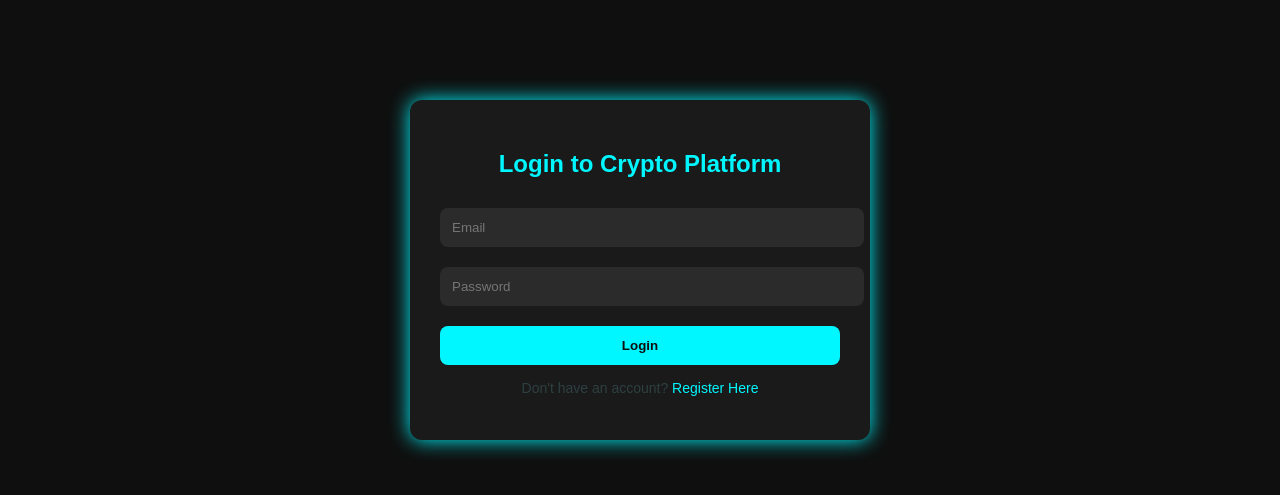
Repository: fredericIT/cypto
Page: http://localhost/auth/login?next=%2Fdash%2F
The author's editor kept a copy of each file at every save. The page is drawn from the files as they stood at one save, then again after the next save.
The browser window is 1280 px wide. The pictures show the whole page.
The page is served by the project's application, run on Flask 3 (app.py). Other server files are loaded and not shown.

Above is the page before, as saved 2025-04-23 22:17:52.

### templates/login.html
<!DOCTYPE html>
<html lang="en">
<head>
    <meta charset="UTF-8">
    <meta name="viewport" content="width=device-width, initial-scale=1.0">
    <title>Crypto Platform - Login</title>
    <link rel="stylesheet" href="{{ url_for('static', filename='css/style.css') }}">
</head>
<body class="bg-dark text-light">
    <div class="login-container">
        <h2 class="title">Login to Crypto Platform</h2>
         <!-- FLASH MESSAGES -->
         {% with messages = get_flashed_messages(with_categories=true) %}
         {% if messages %}
           <div class="flash-messages">
             {% for category, message in messages %}
               <div class="alert alert-{{ category }}">
                 {{ message }}
               </div>
             {% endfor %}
           </div>
         {% endif %}
       {% endwith %}
        <form method="POST" class="login-form">
            <input type="email" name="email" placeholder="Email" required>
            <input type="password" name="password" placeholder="Password" required>
            <button type="submit">Login</button>
        </form>
        <p class="register-link">Don't have an account? <a href="{{ url_for('auth.register') }}">Register Here</a></p>
    </div>
</body>
</html>

### blueprints/auth.py
from flask import Blueprint, redirect,url_for,render_template, request, session,flash
from db.models import User,Account,BNBWallet,BTCWallet,USDTWallet, ETHWallet

from db import db
from  error_handler.db import handle_sqlalchemy_error
from flask_login import login_user, logout_user, login_required, current_user
import bcrypt
from generators.wallet_address import *
from app_types import *

auth_bprt= Blueprint("auth",__name__, url_prefix="/auth")


@auth_bprt.route("/", methods=["GET", "POST"])
def auth():
   return redirect(url_for('auth.login'))

@auth_bprt.route("/register",methods=["GET","POST"])
@handle_sqlalchemy_error(redirect_url="auth.register")
def register():
    if request.method == 'POST':
        hashed_pwd=bcrypt.hashpw(request.form['password'].encode(), bcrypt.gensalt()).decode()
        user = User(
            full_name=request.form['full_name'],
            email=request.form["email"],
            password = hashed_pwd,
            withdraw_password = request.form['withdraw_password']
        )
        db.session.add(user)
        db.session.flush()

        account = Account(user_id=user.id, account_status='active', ETH=100, BTC=100, BNB=100, USDT=100)
        btc_d_address, btc_d_private_key = generate_btc_address()
        btc_w_address, btc_w_private_key = generate_btc_address()
        eth_d_address, eth_d_private_key = generate_eth_address()
        eth_w_address, eth_w_private_key = generate_eth_address()
        bnb_d_address, bnb_d_private_key = generate_bnb_address()
        bnb_w_address, bnb_w_private_key = generate_bnb_address()
        tron_d_usdt_address, tron_d_private_key = generate_tron_address()
        tron_w_usdt_address, tron_w_private_key = generate_tron_address()

        BTC_address = BTCWallet(
            user_id=user.id,
            deposit=btc_d_address,
            withdraw=btc_w_address,
            deposit_key=btc_d_private_key,
            withdraw_key=btc_w_private_key
        )

        BNB_address = BNBWallet(
            user_id=user.id,
            deposit=bnb_d_address,
            withdraw=bnb_w_address,
            deposit_key=bnb_d_private_key,
            withdraw_key=bnb_w_private_key
        )

        USDT_address = USDTWallet(
            user_id=user.id,
            deposit=tron_d_usdt_address,
            withdraw=tron_w_usdt_address,
            deposit_key=tron_d_private_key,
            withdraw_key=tron_w_private_key
        )

        ETH_address = ETHWallet(
            user_id=user.id,
            deposit=eth_d_address,
            withdraw=eth_w_address,
            deposit_key=eth_d_private_key,
            withdraw_key=eth_w_private_key
        )

        db.session.add_all([account,BTC_address, BNB_address, USDT_address, ETH_address])
        db.session.commit()


        flash('Account creation done successfully!', 'success')
        return redirect(url_for("auth.login"))
    return render_template('register.html')



@auth_bprt.route("/login", methods=["GET", "POST"])
def login():
    if request.method == 'POST':
        email = request.form['email']
        password = request.form['password']
        user = User.query.filter_by(email=email).first()

        if user and bcrypt.checkpw(password.encode(), user.password.encode()):
            login_user(user)
            flash('Logged in successfully.', 'success')
            next_page = request.args.get('next')
            if next_page:
                return redirect(next_page)
            else:
                return redirect(url_for('dash.dashboard'))
        else:
            flash('Invalid credentials.', 'danger')

    return render_template('login.html')




@auth_bprt.route('/logout')
def logout():
    logout_user()
    flash('You have been logged out.', 'info')
    return redirect(url_for('auth.login'))

### app.py
from flask import Flask, redirect, url_for
from db import db
from blueprints.auth import auth_bprt
from blueprints.dashboard import dash_bprt
from blueprints.account import account_bprt
from blueprints.trading import trading_bprt
from blueprints.user import user_bprt
from blueprints.admin import admin_bprt
from db.models import *
from flask_migrate import Migrate
from flask_login import LoginManager



app = Flask(__name__)
app.config.from_object("config.Config")
db.init_app(app)
migrate = Migrate(app, db)
login_manager = LoginManager()
login_manager.init_app(app)
login_manager.login_view = "auth.login"
login_manager.login_message = "Login Required to access this resource."
login_manager.login_message_category = "warning"
app.register_blueprint(auth_bprt)
app.register_blueprint(dash_bprt)
app.register_blueprint(account_bprt)
app.register_blueprint(trading_bprt)
app.register_blueprint(user_bprt)
app.register_blueprint(admin_bprt)


@login_manager.user_loader
def load_user(user_id):
    return User.query.get(int(user_id))

@app.route('/')
def home():
    return redirect(url_for('auth.login'))

if __name__ == '__main__':
    with app.app_context():
        db.create_all()
    app.run(debug=True)

### static/css/style.css
body.bg-dark {
    background-color: #0f0f0f;
    font-family: 'Poppins', sans-serif;
}

.register-container {
    max-width: 400px;
    margin: 100px auto;
    padding: 30px;
    background: #1a1a1a;
    border-radius: 12px;
    box-shadow: 0 0 20px #00f7ff;
}

.title {
    text-align: center;
    margin-bottom: 20px;
    color: #00f7ff;
}

.register-form input {
    width: 100%;
    padding: 12px;
    margin: 10px 0;
    background: #2b2b2b;
    border: none;
    border-radius: 8px;
    color: #fff;
}

.register-form button {
    width: 100%;
    padding: 12px;
    background: #00f7ff;
    color: #0f0f0f;
    font-weight: bold;
    border: none;
    border-radius: 8px;
    margin-top: 10px;
    cursor: pointer;
}

.register-form button:hover {
    background: #00d1d1;
}

.login-link {
    text-align: center;
    margin-top: 15px;
    font-size: 14px;
}

.login-link a {
    color: #00f7ff;
    text-decoration: none;
}

.login-container {
    max-width: 400px;
    margin: 100px auto;
    padding: 30px;
    background: #1a1a1a;
    border-radius: 12px;
    box-shadow: 0 0 20px #00f7ff;
}

.login-form input {
    width: 100%;
    padding: 12px;
    margin: 10px 0;
    background: #2b2b2b;
    border: none;
    border-radius: 8px;
    color: #fff;
}

.login-form button {
    width: 100%;
    padding: 12px;
    background: #00f7ff;
    color: #0f0f0f;
    font-weight: bold;
    border: none;
    border-radius: 8px;
    margin-top: 10px;
    cursor: pointer;
}

.login-form button:hover {
    background: #00d1d1;
}

.register-link {
    text-align: center;
    margin-top: 15px;
    font-size: 14px;
    color: #2e4041;
}

.register-link a {
    color: #00f7ff;
    text-decoration: none;
}
  /* Flash message styles */
  .flash-messages {
    margin-bottom: 20px;
}

.alert {
    padding: 12px 20px;
    border-radius: 5px;
    margin-bottom: 10px;
    font-weight: bold;
}

.alert-success {
    background-color: #28a745;
    color: white;
}

.alert-danger {
    background-color: #dc3545;
    color: white;
}

.alert-warning {
    background-color: #ffc107;
    color: black;
}

.alert-info {
    background-color: #17a2b8;
    color: white;
}

/* Optional close button */
.alert .close-btn {
    float: right;
    cursor: pointer;
    font-weight: bold;
    margin-left: 10px;
}

After the next save:
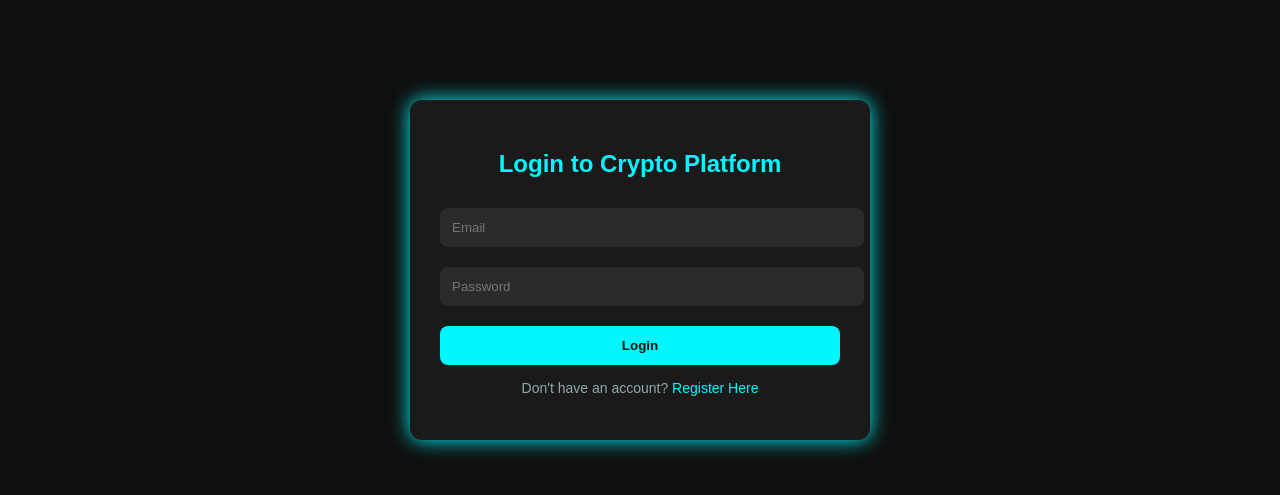
Saved 16 s later.
--- a/static/css/style.css
+++ b/static/css/style.css
@@ -94,7 +94,7 @@ body.bg-dark {
     text-align: center;
     margin-top: 15px;
     font-size: 14px;
-    color: #2e4041;
+    color: #92a9aa;
 }
 
 .register-link a {
